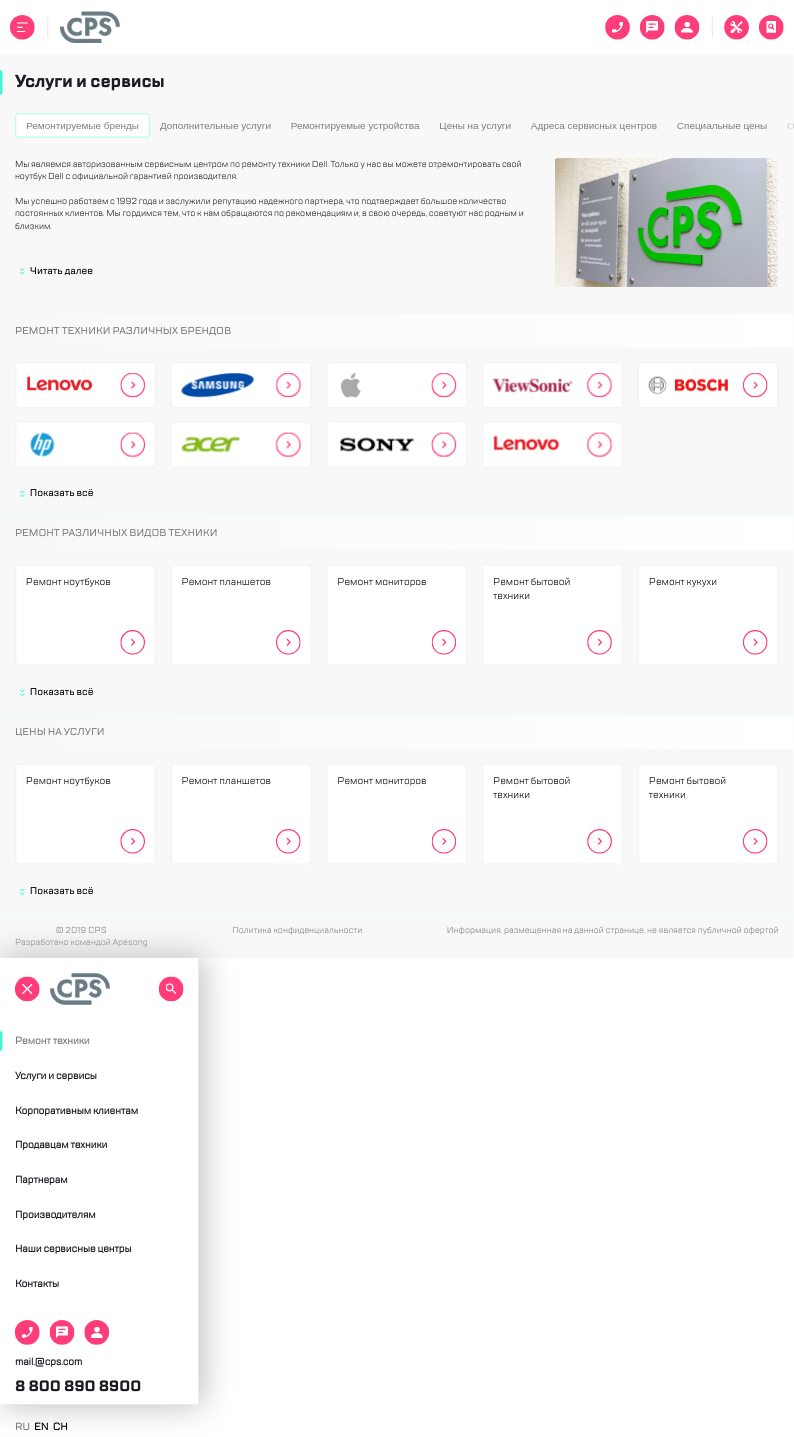
Repository: Dedoxa/WebCoreF
Page: /
These files come from the project's save history. The page is drawn as it stood at one moment and after a run of saves; the edit follows.
The browser window is 1280 px wide. The pictures show the whole page, at 62% of full size.
The project was rebuilt for these pictures with package versions that can differ from the ones it lists, and the page was loaded fresh each time. Also part of the build but not shown: webpack.config.js.

Above is the page before, as saved 2024-06-15 17:09:51.

### src/index.html
<!DOCTYPE html>
<html lang="en">
  <head>
    <meta charset="UTF-8" />
    <meta
      name="viewport"
      content="width=device-width, user-scalable=no, initial-scale=1.0, maximum-scale=1.0, minimum-scale=1.0"
    />
    <meta http-equiv="X-UA-Compatible" content="ie=edge" />
    <title>WebCoreFinal</title>
  </head>
  <body>
    <header class="header">
      <div class="header__left-side">
        <a id="burger" href="#" class="icon header__icon"></a>
        <a id="logo" href="#" class="icon header__icon"></a>
      </div>
      <div class="header__right-side">
        <a id="call" href="#" class="icon header__icon"></a>
        <a id="chat" href="#" class="icon header__icon"></a>
        <a id="profile" href="#" class="icon header__icon"></a>
        <a id="repair" href="#" class="icon header__icon"></a>
        <a id="checkStatus" href="#" class="icon header__icon"></a>
      </div>
    </header>
    <main>
      <section class="presentation">
        <div class="presentation__wrapper">
          <div class="presentation__title">
            <h1 class="presentation__heading">Услуги и сервисы</h1>
            <div class="presentation__right-area">
              <label class="presentation__icon-area">
                <span class="presentation__icon-text">Оставить заявку</span>
                <a id="repair" href="#" class="icon presentation__icon"></a>
              </label>
              <label class="presentation__icon-area">
                <span class="presentation__icon-text">Статус ремонта</span>
                <a id="checkStatus" href="#" class="icon presentation__icon"></a>
              </label>
            </div>
          </div>
          <div class="presentation__buttons">
            <button href="#" class="presentation__button presentation__button--focus">
              Ремонтируемые бренды
            </button>
            <button href="#" class="presentation__button">
              Дополнительные услуги
            </button>
            <button href="#" class="presentation__button">
              Ремонтируемые устройства
            </button>
            <button href="#" class="presentation__button">
              Цены на услуги
            </button>
            <button href="#" class="presentation__button">
              Адреса сервисных центров
            </button>
            <button href="#" class="presentation__button">
              Специальные цены
            </button>
            <button href="#" class="presentation__button">Отзывы</button>
            <div class="presentation__right-fade-effect"></div>
          </div>
          <div class="presentation__container">
            <div class="presentation__description">
              <p class="presentation__text">
                Мы являемся авторизованным сервисным центром по ремонту техники
                Dell. Только у нас вы можете отремонтировать свой ноутбук Dell с
                официальной гарантией производителя. <br /><br />
                Мы успешно работаем с 1992 года и заслужили репутацию надежного
                партнера, что подтверждает большое количество постоянных клиентов.
                Мы гордимся тем, что к нам обращаются по рекомендациям и, в свою
                очередь, советуют нас родным и близким.
              </p>
              <span class="presentation__toggler">Читать далее</span>
            </div>
            <img src="img/CPS-img-tablet.jpg" alt="" class="presentation__image-tablet" />
            <img
              src="img/CPS-img-desktop.jpg"
              alt=""
              class="presentation__image-desktop"
            />
          </div>
        </div>
        <img src="img/CPS-img-phone.jpg" alt="" class="presentation__image-phone" />
      </section>
      <section class="plates">
        <header class="plates__heading">
            <div class="plates__wrapper plates__wrapper-heading">
                <span>Ремонт техники различных брендов</span>
            </div>
        </header>
        <div class="plates__content-area">
            <div class="plates__wrapper">
                <div class="plates__swiper-container">
                    <div class="swiper plates__swiper">
                        <div id="plate-options" class="swiper-wrapper plates__brands-wrapper">
                            <div class="swiper-slide plates__slide">
                                <div class="plates__brand-plate">
                                    <img src="../img/logo-lenovo.png"  width="108" height="32"  class="plates__logo"></img>
                                    <img class="plates__dropdown"></img>
                                </div>
                            </div>
                            <div class="swiper-slide plates__slide">
                                <div class="plates__brand-plate">
                                    <img src="../img/logo-samsung.png" width="116" height="38.52" class="plates__logo"></img>
                                    <img class="plates__dropdown"></img>
                                </div>
                            </div>
                            <div class="swiper-slide plates__slide">
                                <div class="plates__brand-plate">
                                    <img src="../img/logo-apple.png" width="44" height="44" class="plates__logo"></img>
                                    <img class="plates__dropdown"></img>
                                </div>
                            </div>
                            <div class="swiper-slide plates__slide">
                                <div class="plates__brand-plate">
                                    <img src="../img/logo-viewSonic.png" width="128" height="21" class="plates__logo"></img>
                                    <img class="plates__dropdown"></img>
                                </div>
                            </div>
                            <div class="swiper-slide plates__slide">
                                <div class="plates__brand-plate">
                                    <img src="../img/logo-bosch.png" width="128" height="28.6" class="plates__logo"></img>
                                    <img class="plates__dropdown"></img>
                                </div>
                            </div>
                            <div class="swiper-slide plates__slide">
                                <div class="plates__brand-plate">
                                    <img src="../img/logo-hp.png" width="52" height="52" class="plates__logo"></img>
                                    <img class="plates__dropdown"></img>
                                </div>
                            </div>
                            <div class="swiper-slide plates__slide">
                                <div class="plates__brand-plate">
                                    <img src="../img/logo-acer.png" width="94" height="24" class="plates__logo"></img>
                                    <img class="plates__dropdown"></img>
                                </div>
                            </div>
                            <div class="swiper-slide plates__slide">
                                <div class="plates__brand-plate">
                                    <img src="../img/logo-sony.png" width="128" height="25.6" class="plates__logo"></img>
                                    <img class="plates__dropdown"></img>
                                </div>
                            </div>
                            <div class="swiper-slide plates__slide">
                                <div class="plates__brand-plate">
                                    <img src="../img/logo-lenovo.png"  width="108" height="32"  class="plates__logo"></img>
                                    <img class="plates__dropdown"></img>
                                </div>
                            </div>
                        </div>
                        <div class="swiper-pagination"></div>
                    </div>
                </div>
            </div>
            <div class="plates__toggler-area">
                <label class="plates__wrapper plates__wrapper-toggler">
                    <span id="plates-toggler" class="plates__toggler">Показать всё</span>
                </label>
            </div>
        </div>
      </section>
      <section class="plates">
        <header class="plates__heading">
            <div class="plates__wrapper plates__wrapper-heading">
                <span>Ремонт различных видов техники</span>
            </div>
        </header>
        <div class="plates__content-area">
            <div class="plates__wrapper">
                <div class="plates__swiper-container">
                    <div class="swiper plates__swiper">
                        <div id="device-options" class="swiper-wrapper plates__devices-wrapper">
                            <div class="swiper-slide plates__slide">
                                <div class="plates__device-plate">
                                  <span class="plates__logo">Ремонт ноутбуков</span>
                                  <img class="plates__dropdown"></img>
                                </div>
                            </div>
                            <div class="swiper-slide plates__slide">
                                <div class="plates__device-plate">
                                  <span class="plates__logo">Ремонт планшетов</span>
                                  <img class="plates__dropdown"></img>
                                </div>
                            </div>
                            <div class="swiper-slide plates__slide">
                                <div class="plates__device-plate">
                                  <span class="plates__logo">Ремонт мониторов</span>
                                  <img class="plates__dropdown"></img>
                                </div>
                            </div>
                            <div class="swiper-slide plates__slide">
                                <div class="plates__device-plate">
                                  <span class="plates__logo">Ремонт бытовой техники</span>
                                  <img class="plates__dropdown"></img>
                                </div>
                            </div>
                            <div class="swiper-slide plates__slide">
                                <div class="plates__device-plate">
                                  <span class="plates__logo">Ремонт кукухи</span>
                                  <img class="plates__dropdown"></img>
                                </div>
                            </div>
                            <div class="swiper-slide plates__slide">
                                <div class="plates__device-plate">
                                  <span class="plates__logo">Ремонт шмемонт</span>
                                  <img class="plates__dropdown"></img>
                                </div>
                            </div>
                            <div class="swiper-slide plates__slide">
                                <div class="plates__device-plate">
                                  <span class="plates__logo">Ремонт бельмонт</span>
                                  <img class="plates__dropdown"></img>
                                </div>
                            </div>
                            <div class="swiper-slide plates__slide">
                                <div class="plates__device-plate">
                                  <span class="plates__logo">Ремонт взял тебя на понт</span>
                                  <img class="plates__dropdown"></img>
                                </div>
                            </div>
                            <div class="swiper-slide plates__slide">
                                <div class="plates__device-plate">
                                  <span class="plates__logo">Ремонт дорог (вечный*)</span>
                                  <img class="plates__dropdown"></img>
                                </div>
                            </div>
                        </div>
                        <div class="swiper-pagination"></div>
                    </div>
                </div>
            </div>
            <div class="plates__toggler-area">
                <label class="plates__wrapper plates__wrapper-toggler">
                    <span id="devices-toggler" class="plates__toggler">Показать всё</span>
                </label>
            </div>
        </div>
      </section>
      <section class="plates">
        <header class="plates__heading">
            <div class="plates__wrapper plates__wrapper-heading">
                <span>Цены на услуги</span>
            </div>
        </header>
        <div class="plates__content-area">
            <div class="plates__wrapper">
                <div class="plates__swiper-container">
                    <div class="swiper plates__swiper">
                        <div id="device-options" class="swiper-wrapper plates__devices-wrapper">
                            <div class="swiper-slide plates__slide">
                                <div class="plates__device-plate">
                                  <span class="plates__logo">Ремонт ноутбуков</span>
                                  <img class="plates__dropdown"></img>
                                </div>
                            </div>
                            <div class="swiper-slide plates__slide">
                                <div class="plates__device-plate">
                                  <span class="plates__logo">Ремонт планшетов</span>
                                  <img class="plates__dropdown"></img>
                                </div>
                            </div>
                            <div class="swiper-slide plates__slide">
                                <div class="plates__device-plate">
                                  <span class="plates__logo">Ремонт мониторов</span>
                                  <img class="plates__dropdown"></img>
                                </div>
                            </div>
                            <div class="swiper-slide plates__slide">
                                <div class="plates__device-plate">
                                  <span class="plates__logo">Ремонт бытовой техники</span>
                                  <img class="plates__dropdown"></img>
                                </div>
                            </div>
                            <div class="swiper-slide plates__slide">
                                <div class="plates__device-plate">
                                  <span class="plates__logo">Ремонт бытовой техники</span>
                                  <img class="plates__dropdown"></img>
                                </div>
                            </div>
                        </div>
                        <div class="swiper-pagination"></div>
                    </div>
                </div>
            </div>
            <div class="plates__toggler-area">
                <label class="plates__wrapper plates__wrapper-toggler">
                    <span id="devices-toggler" class="plates__toggler">Показать всё</span>
                </label>
            </div>
        </div>
      </section>
      <footer class="footer">
        <div class="footer__wrapper">
            <div class="footer__text">
              <p>© 2019 CPS<br>Разработано командой Apesong</p>
            </div>
            <div class="footer__text">
              <p>Политика конфиденциальности</p>
            </div>
            <div class="footer__text">
              <p>Информация, размещенная на данной странице, не является публичной офертой</p>
            </div>
      </footer>

      <aside class="aside-menu">
        <div class="aside-menu__wrapper">
          <div>
            <div class="aside-menu__header">
              <div class="aside-menu__subwrapper">
                <div class="aside-menu__header-left">
                  <a id="cross" href="#" class="icon aside-menu__icon"></a>
                  <a id="logo" href="#" class="icon aside-menu__icon"></a>
                </div>
                <div class="aside-menu__header-right">
                  <a id="search" href="#" class="icon aside-menu__icon"></a>
                </div>
              </div>
            </div>
            <ul class="aside-menu__links-list">
              <li class="aside-menu__link aside-menu__link--active">
                <a href="#" class=""> Ремонт техники </a>
              </li>
              <li class="aside-menu__link"><a href="#"> Услуги и сервисы </a></li>
              <li class="aside-menu__link"><a href="#"> Корпоративным клиентам </a></li>
              <li class="aside-menu__link"><a href="#"> Продавцам техники </a></li>
              <li class="aside-menu__link"><a href="#"> Партнерам </a></li>
              <li class="aside-menu__link"><a href="#"> Производителям </a></li>
              <li class="aside-menu__link"><a href="#"> Наши сервисные центры </a></li>
              <li class="aside-menu__link"><a href="#"> Контакты </a></li>
            </ul>
          </div>
          <section class="aside-menu__down-section">
            <div class="aside-menu__down-wrapper">
              <div class="aside-menu__down-icons">
                <a id="call" href="#" class="icon aside-menu__icon"></a>
                <a id="chat" href="#" class="icon aside-menu__icon"></a>
                <a id="profile" href="#" class="icon aside-menu__icon"></a>
              </div>
              <div>
                <a href="mailto:mail.@cps.com" class="aside-menu__email"><span>mail.@cps.com</span></a>
                <a href="tel:+88008908900" class="aside-menu__phone-number"><span>8 800 890 8900</span></a>
              </div>
              <div class="aside-menu__language-choice">
                <span class="aside-menu__language-option aside-menu__language-option--active">RU</span>
                <span class="aside-menu__language-option">EN</span>
                <span class="aside-menu__language-option">CH</span>
              </div>
            </div>
          </section>
        </div>
      </aside>
    </main>
  </body>
</html>

### src/scss/style.scss
@import url('./\(id\)icons.scss');
@import url('./\(import\)fonts.scss');
@import url('./\(tag\)html.scss');
@import url('./\(tag\)svg.scss');

@import url('./aside-menu.scss');
@import url('./footer.scss');
@import url('./header.scss');
@import url('./icon.scss');
@import url('./plates.scss');
@import url('./presentation.scss');

@import url('../../node_modules/swiper/swiper-bundle.css');
@import url('./swiper-castomization.scss');

@import url('./jsExpand.scss');

### src/scss/(id)icons.scss
#burger {
  background-image: url('../img/ic-burger.svg');
}

#logo {
  background-color: transparent;
  border-radius: 0;
  background-image: url('../img/ic-CPSLogo.svg');
}

#call {
  background-image: url('../img/ic-call.svg');
}

#chat {
  background-image: url('../img/ic-chat.svg');
}

#profile {
  background-image: url('../img/ic-profile.svg');
}

#repair {
  background-image: url('../img/ic-repair.svg');
}

#checkStatus {
  background-image: url('../img/ic-checkstatus.svg');
}

#cross {
  background-image: url('../img/ic-cross.svg');
}

#search {
  background-image: url('../img/ic-search.svg');
}

### src/scss/(import)fonts.scss
@font-face {
  font-family: 'TT Lakes Regular';
  src: url('../fonts/TTLakes-Regular.eot');
  src: url('../fonts/TTLakes-Regular.eot?#iefix') format('embedded-opentype'),
    url('../fonts/TTLakes-Regular.woff') format('woff'),
    url('../fonts/TTLakes-Regular.ttf') format('truetype');
  font-weight: normal;
  font-style: normal;
}

@font-face {
  font-family: 'TT Lakes Bold';
  src: url('../fonts/TTLakes-Bold.eot');
  src: url('../fonts/TTLakes-Bold.eot?#iefix') format('embedded-opentype'),
    url('../fonts/TTLakes-Bold.woff') format('woff'),
    url('../fonts/TTLakes-Bold.ttf') format('truetype');
  font-weight: normal;
  font-style: normal;
}

@font-face {
  font-family: 'TT Lakes Medium';
  src: url('../fonts/TTLakes-Medium.eot');
  src: url('../fonts/TTLakes-Medium.eot?#iefix') format('embedded-opentype'),
    url('../fonts/TTLakes-Medium.woff') format('woff'),
    url('../fonts/TTLakes-Medium.ttf') format('truetype');
  font-weight: normal;
  font-style: normal;
}

### src/scss/(tag)html.scss
html {
  box-sizing: border-box;
  font-family: 'TT Lakes Regular', Times, serif;

  * {
    box-sizing: inherit;
    margin: 0;
    padding: 0;

    &:before,
    &:after {
      box-sizing: inherit;
      margin: 0;
      padding: 0;
    }
  }
}

### src/scss/(tag)svg.scss
svg {
  position: absolute;
  top: 50%;
  left: 50%;
  transform: translate(-50%, -50%);
}

### src/scss/footer.scss
.footer {
  background-color: #f8f8f8;
  color: #7e7e82;
  font-size: 14px;

  &::before {
    content: '';
    display: block;
    height: 1px;
    background-color: #d9fff5;
  }

  .footer__wrapper {
    padding: 16px;
    display: flex;
    justify-content: space-between;
    flex-direction: column;
    text-align: center;
    gap: 16px;

    @media (min-width: 768px) {
      flex-direction: row;
      padding-right: 24px;
      padding-left: 24px;
    }

    @media (min-width: 1440px) {
      padding-right: 32px;
      padding-left: 32px;
    }
  }
}

### src/scss/icon.scss
.icon {
  flex: 0 0 auto;
  position: relative;
  width: 40px;
  height: 40px;
  background-color: #ff3e79;
  background-repeat: no-repeat;
  background-position: center;
  border-radius: 50%;
  transition: opacity linear 0.2s;
  opacity: 100%;

  &:hover {
    transition: opacity linear 0.2s;
    opacity: 50%;
  }
}

### src/scss/swiper-castomization.scss
.swiper-pagination {
  .swiper-pagination-bullet {
    width: 12px;
    height: 12px;
    background-color: #dddddd;
  }

  .swiper-pagination-bullet-active {
    background-color: #b5b6bc;
  }
}

### src/scss/jsExpand.scss
.jsExpand {
  height: max-content !important;
}

Loaded but not shown: src/js/js.js (51 lines, source omitted); src/js/index.js (4 lines, source omitted); src/scss/presentation.scss (262 lines, source omitted); src/scss/plates.scss (205 lines, source omitted); src/scss/aside-menu.scss (163 lines, source omitted); src/scss/header.scss (87 lines, source omitted)

After the next 2 saves:
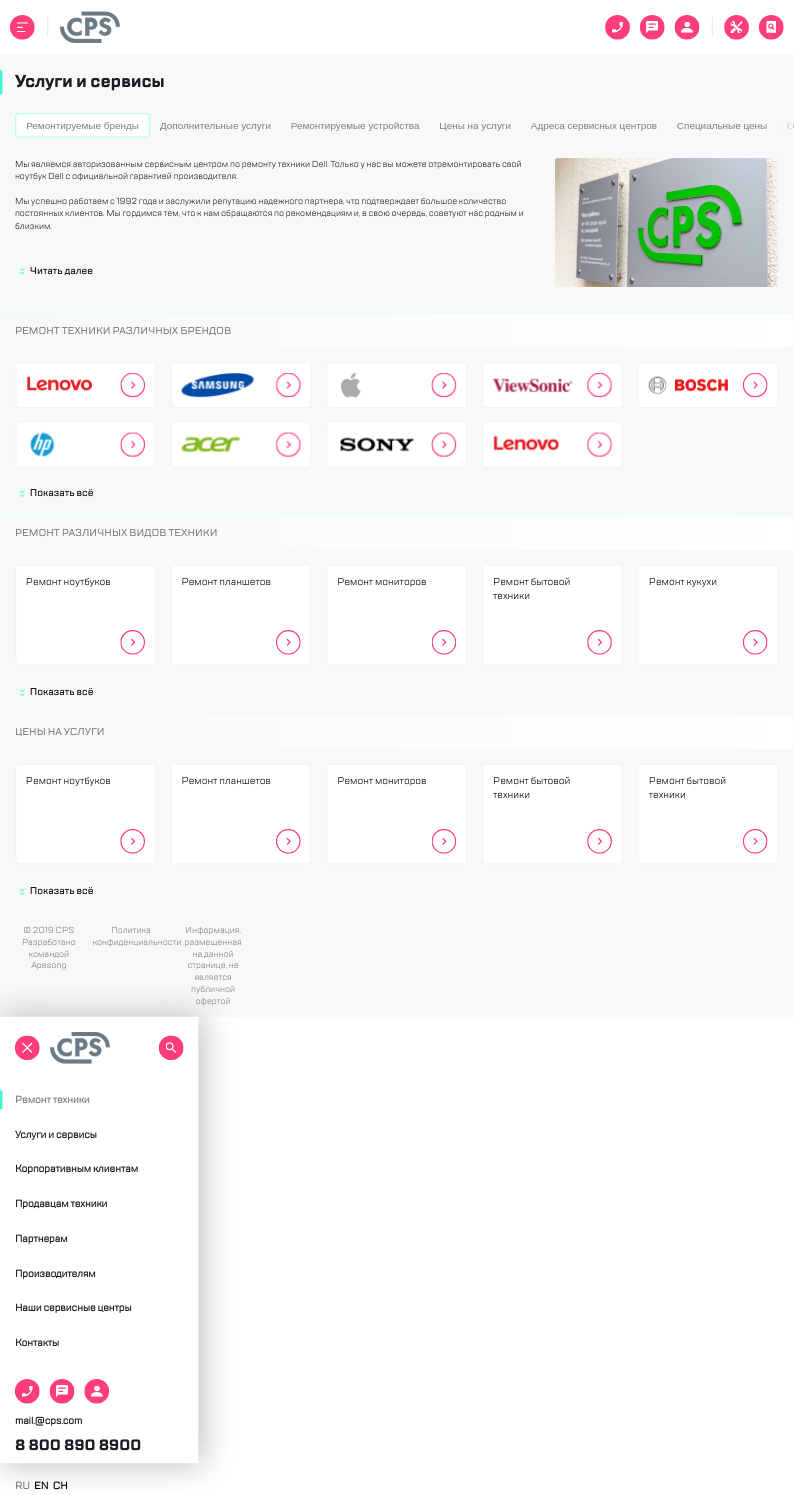
The 2 saves are shown as one change because 1 did not build or start.
The last was saved 2 min 7 s later.
--- a/src/scss/footer.scss
+++ b/src/scss/footer.scss
@@ -29,4 +29,8 @@
       padding-left: 32px;
     }
   }
+
+  div {
+    width: 33%;
+  }
 }
